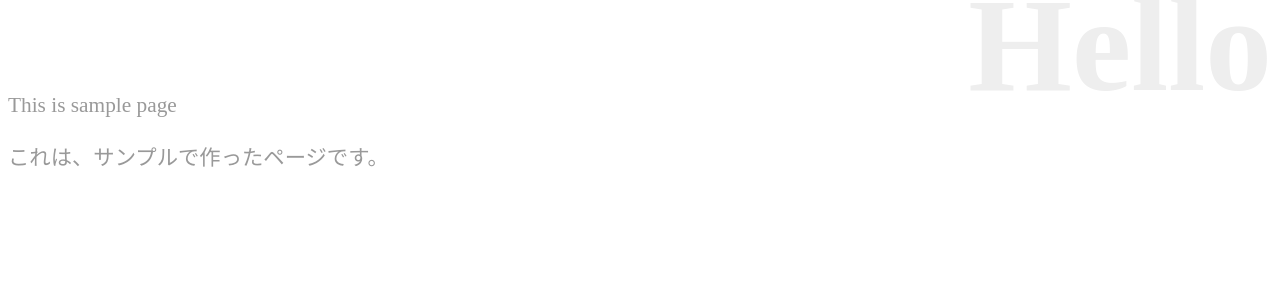
Repository: posse-ap/gen2.0-akira1515
Page: test.html
These files come from the project's save history. The page is drawn as it stood at one moment and after a run of saves; the edit follows.
The browser window is 1280 px wide. The pictures show the whole page.

Above is the page before, as saved 2022-06-09 17:32:56.

### test.html
<html>
    <head>
        <title>Hello</title>
        <style>
            body {font-size: 16pt; color: #999;}
            h1{ font-size: 100pt; text-align: right; color: #eee;
            margin: -40px 0px -50px 0px;}
        </style>
    </head>
    <body>
        <h1>Hello</h1>
        <p>This is sample page</p>
        <p>これは、サンプルで作ったページです。</p>
    </body>
</html>

After the next 3 saves:
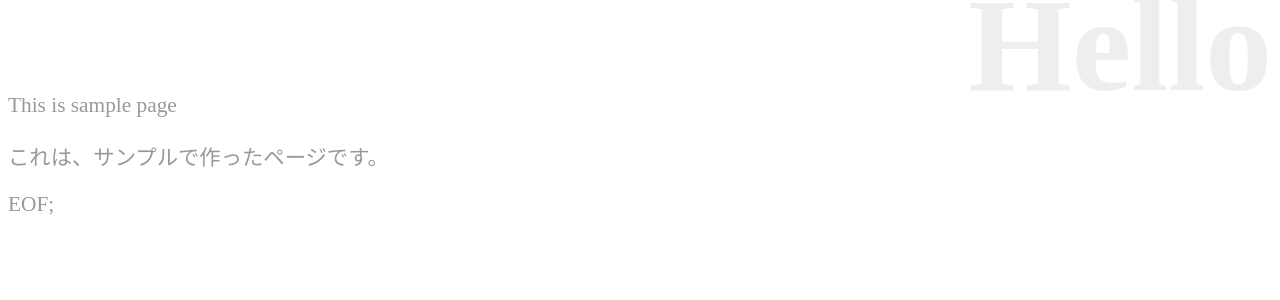
The 3 saves are shown as one change because they came seconds apart.
The last was saved 11 s later.
--- a/test.html
+++ b/test.html
@@ -13,3 +13,4 @@
         <p>これは、サンプルで作ったページです。</p>
     </body>
 </html>
+EOF;
